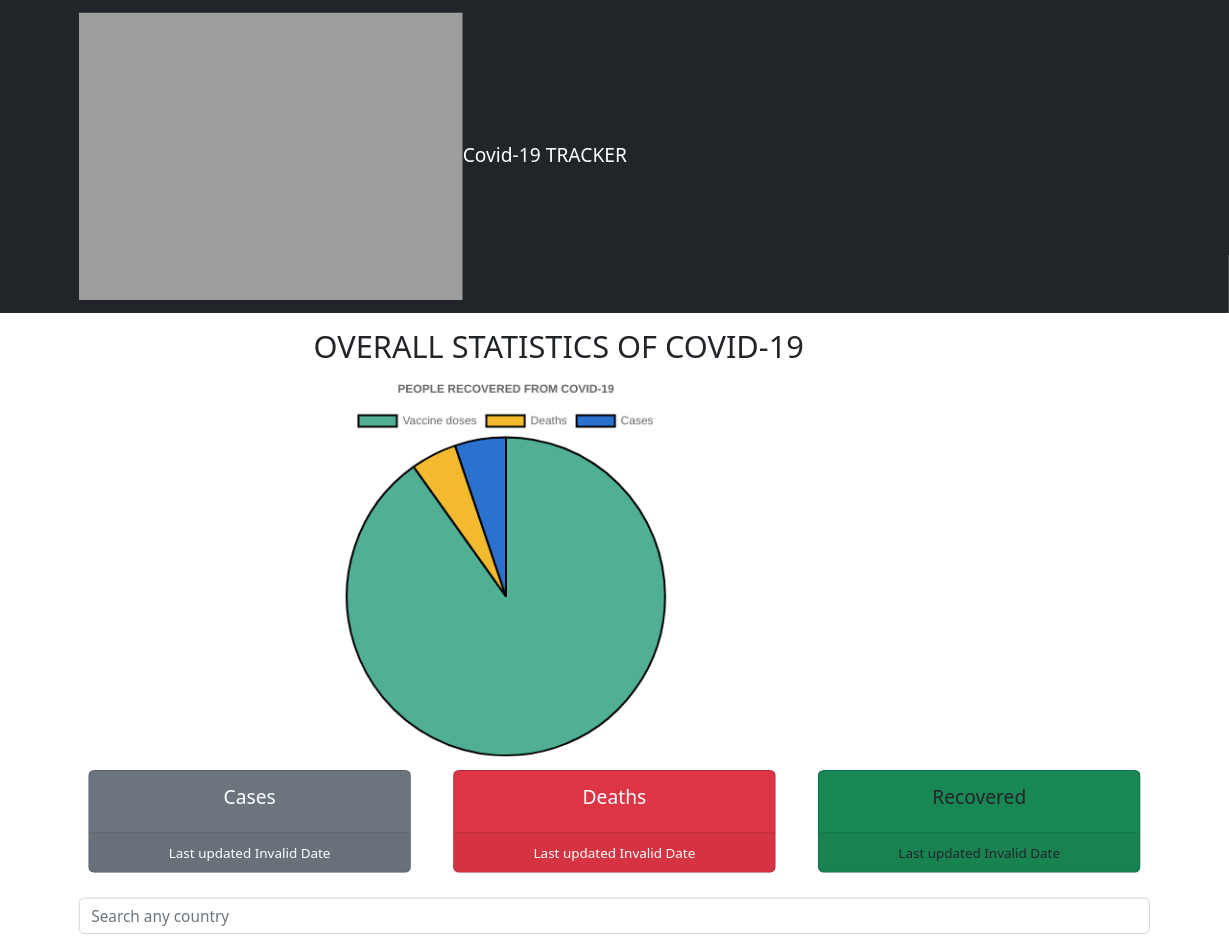
Repository: azizdeghais/CovidTracker
Page: /
The author's editor kept a copy of each file at every save. The page is drawn from the files as they stood at one save, then again after the next save.
The browser window is 1280 px wide. The pictures show the whole page, at 96% of full size.
Pictures or frames that could not be fetched are drawn as grey boxes. The page's requests for data from a server got no answer. The project was rebuilt for these pictures with package versions that can differ from the ones it lists, and the page was loaded fresh each time. No one was signed in, and anything a server would have sent is missing. Also part of the build but not shown: vite.config.js.

Above is the page before, as saved 2023-03-10 20:24:00.

After the next save:
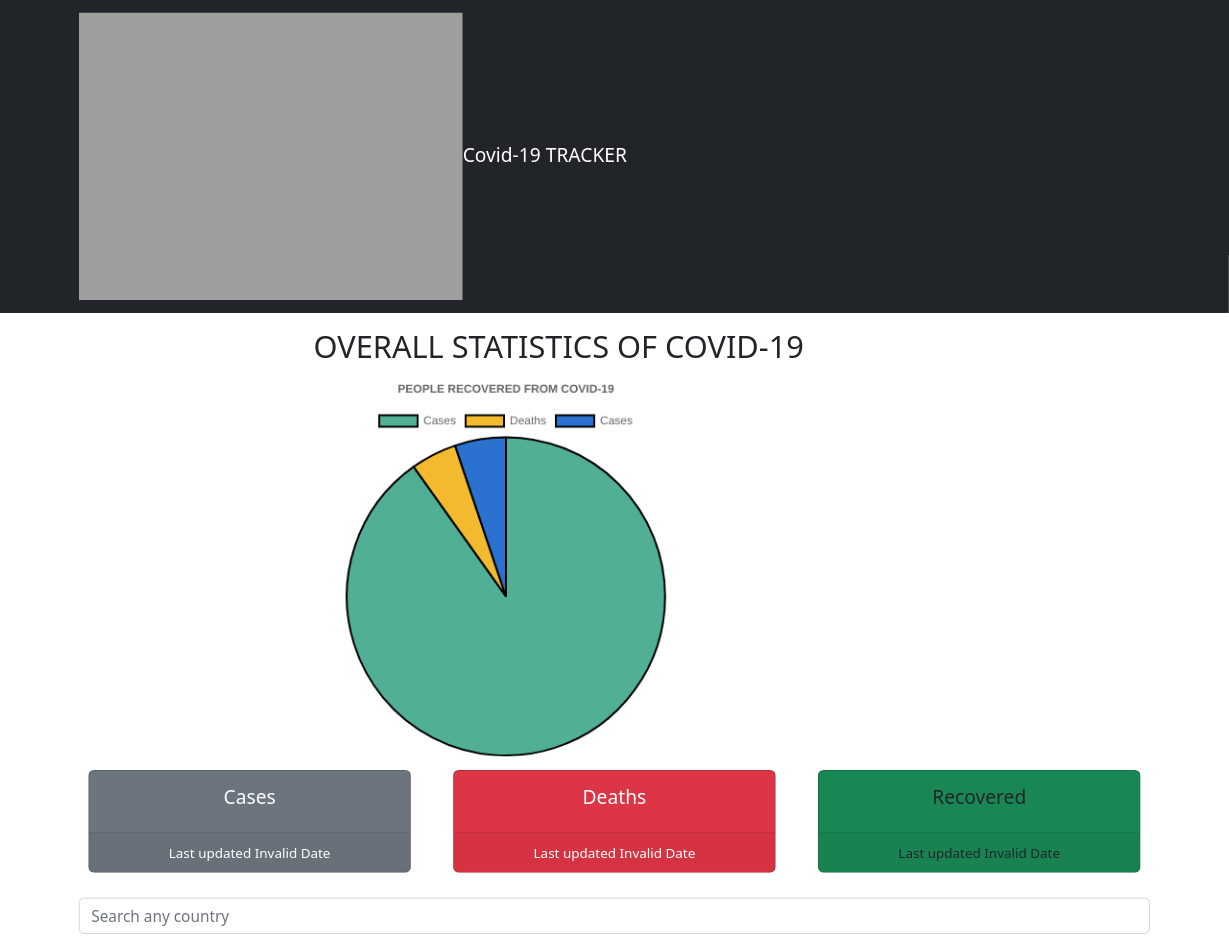
Saved 82 s later.
--- a/src/utils/Data.js
+++ b/src/utils/Data.js
@@ -1,7 +1,7 @@
 export const Data = [
     {
       id: 1,
-      year: 'Vaccine doses',
+      year: 'Cases',
       userGain: 13229166046,
     },
     {
